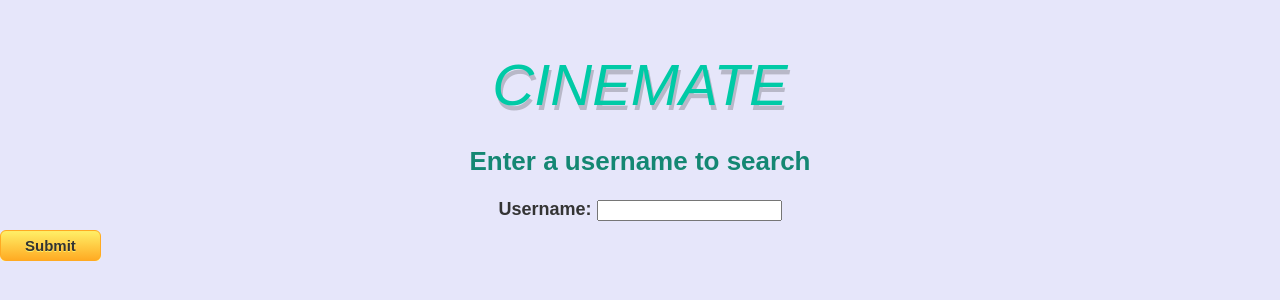
Repository: ir1998/cs201
Page: http://localhost/Assignment2/SearchUsers.jsp
The author's editor kept a copy of each file at every save. The page is drawn from the files as they stood at one save, then again after the next save.
The browser window is 1280 px wide. The pictures show the whole page.
The page is served by Tomcat 9.

Above is the page before, as saved 2017-02-11 03:46:50.

After the next save:
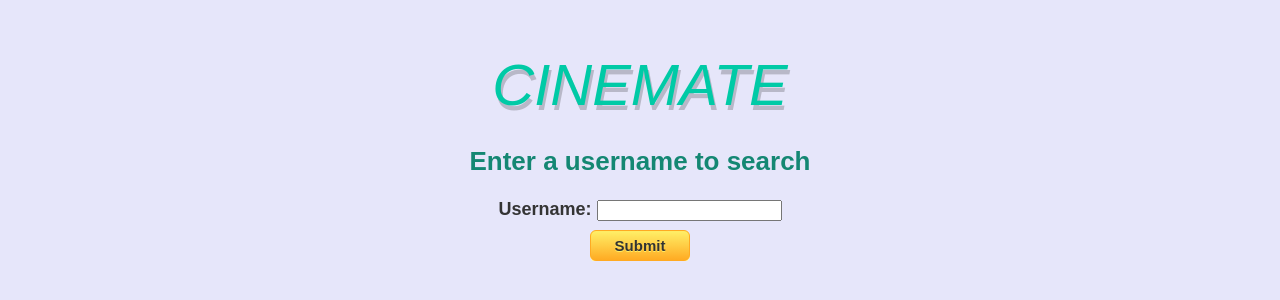
Saved 2 min 8 s later.
--- a/Assignment2/WebContent/SearchUsers.jsp
+++ b/Assignment2/WebContent/SearchUsers.jsp
@@ -14,7 +14,9 @@
 <body>
 	<form id="form1" method="GET" action="UserSearchServlet">
 		<h2 id="Title4">Username: <input type="text" name="searchedUser"></h2>
-		<input id="MyButton" type="submit" value="Submit" name="Submit">
+		<div id="ButtonHolder">
+			<input id="MyButton" type="submit" value="Submit" name="Submit">
+		</div>
 	</form>
 <%	if(request.getAttribute("searchResults") != null){%>
 	<% Set<User> userResults = (Set<User>)session.getAttribute("searchResults"); %>
